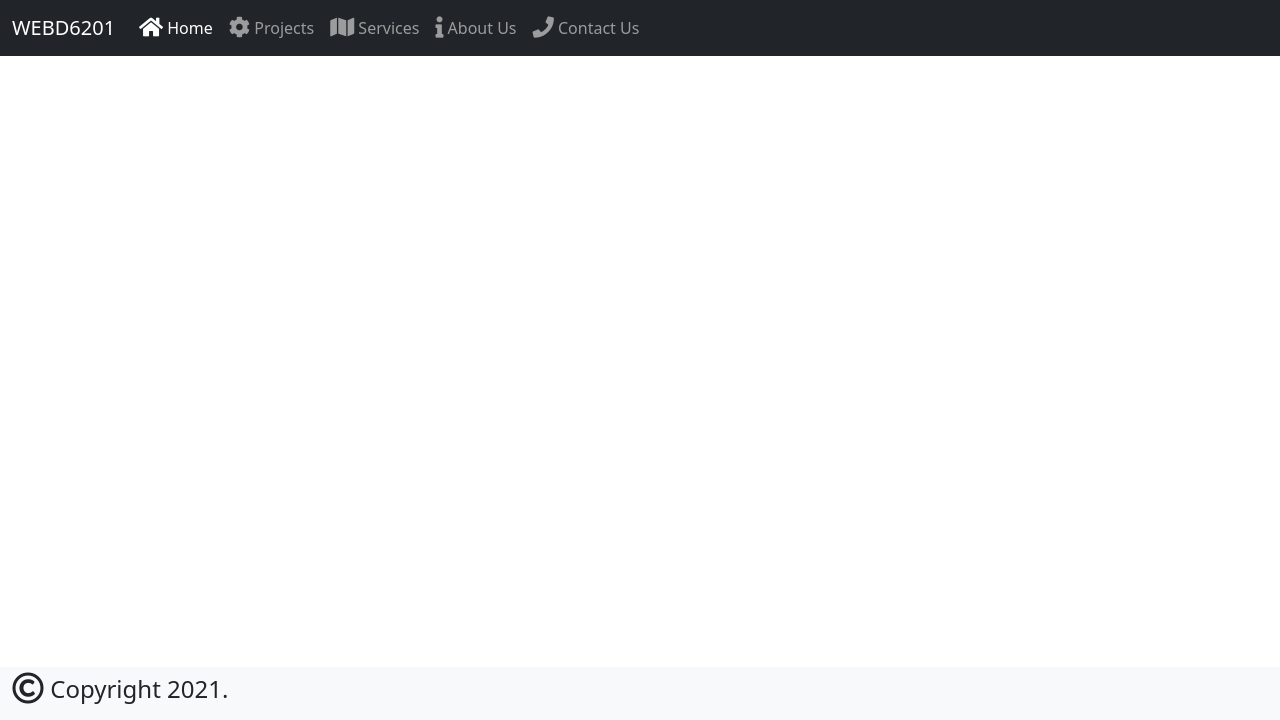
Repository: Sub4Sub/Lab_1
Page: index.html
The author's editor kept a copy of each file at every save. The page is drawn from the files as they stood at one save, then again after the next save.
The browser window is 1280 px wide. The pictures show the whole page.

Above is the page before, as saved 2021-02-03 18:17:01.

After the next save:
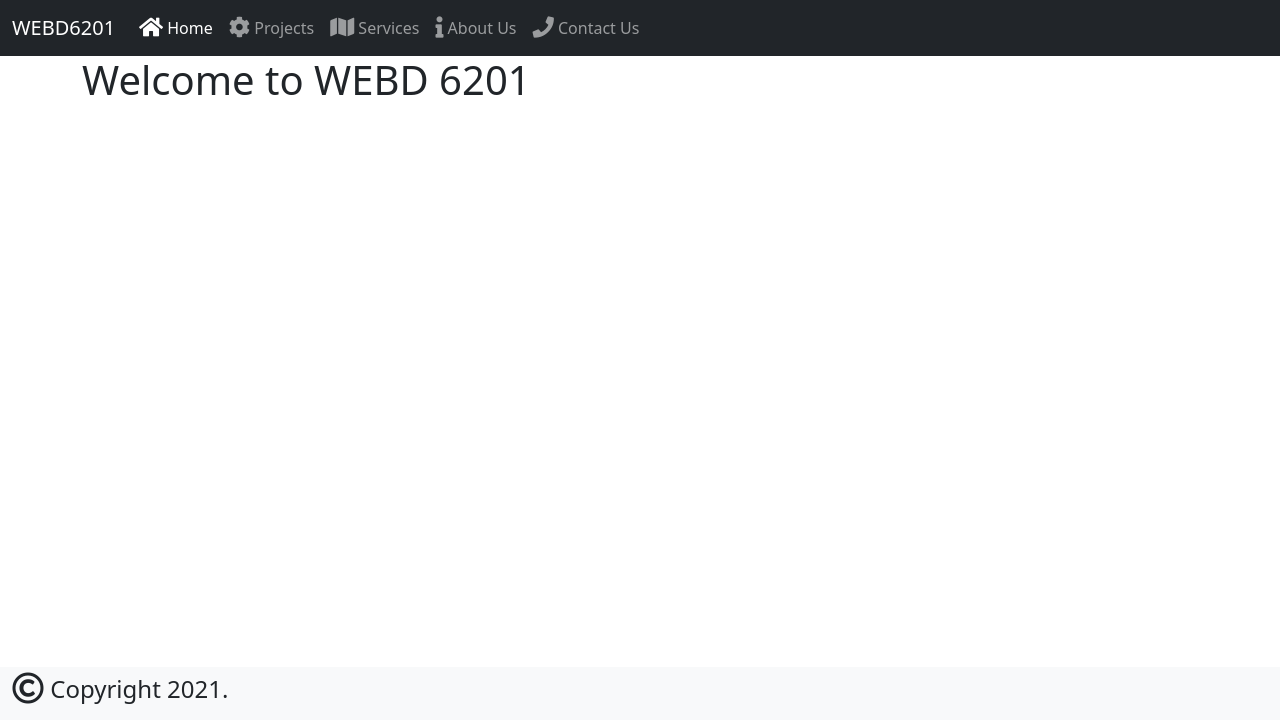
Saved 75 s later.
--- a/index.html
+++ b/index.html
@@ -48,6 +48,7 @@
 
     <!-- Main Content -->
     <main class="container">
+        <h1>Welcome to WEBD 6201</h1>
         <p id="paragraphOneText"></p>
     </main>
 
